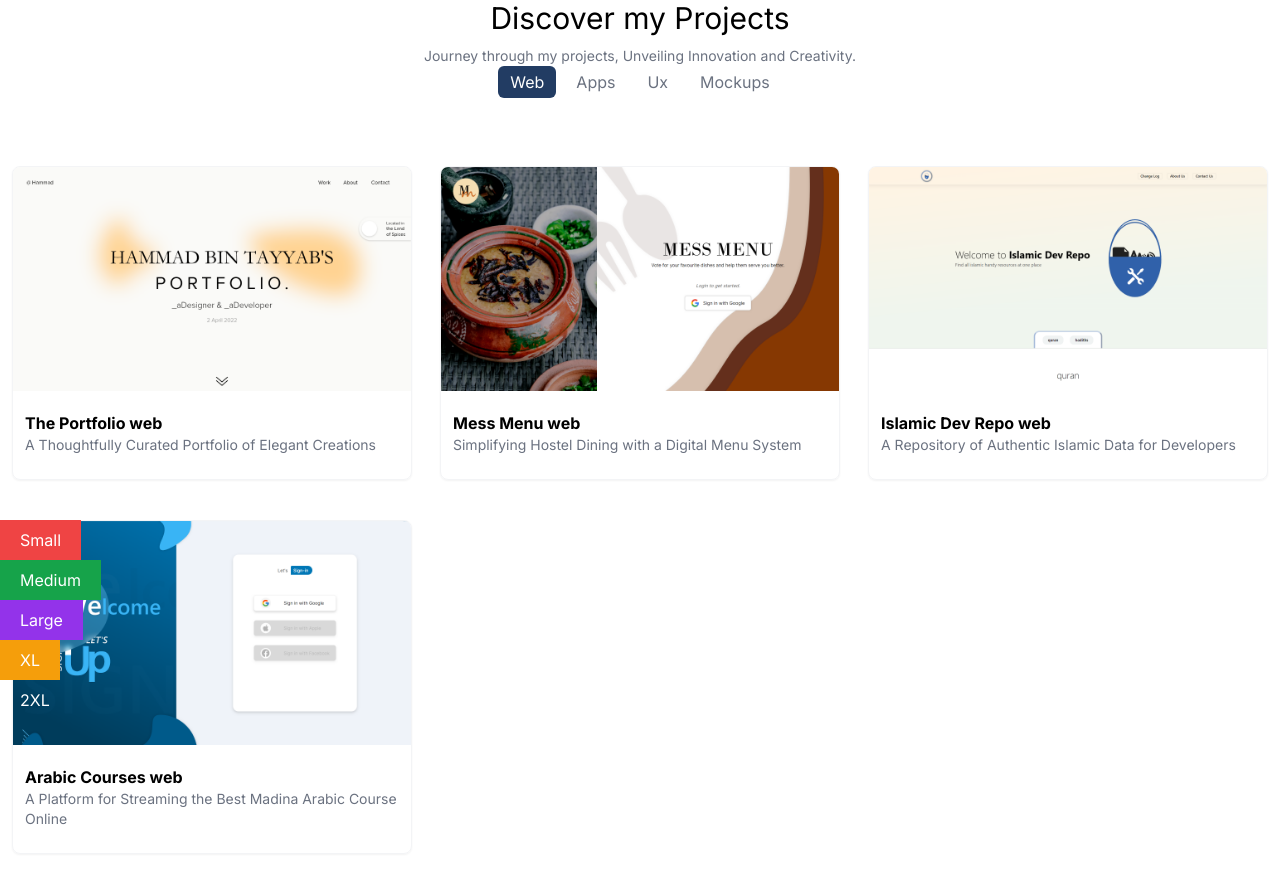
Repository: SpicierEwe/my_portfolio_v2
Page: /
An editor plug-in stored every save of this project. The page is shown before and after the next save, followed by the edit.
The browser window is 1280 px wide. The pictures show the whole page.
The project was rebuilt for these pictures with package versions that can differ from the ones it lists, and the page was loaded fresh each time. The framework's server and built-in components were replaced by stand-ins that run in the browser. Also part of the build but not shown: next.config.js, core/utils/customIcons.js, core/utils/utils.tsx, core/db/sub_db_data/ux_db.js.

Above is the page before, as saved 2024-04-22 12:01:31.

After the next save:
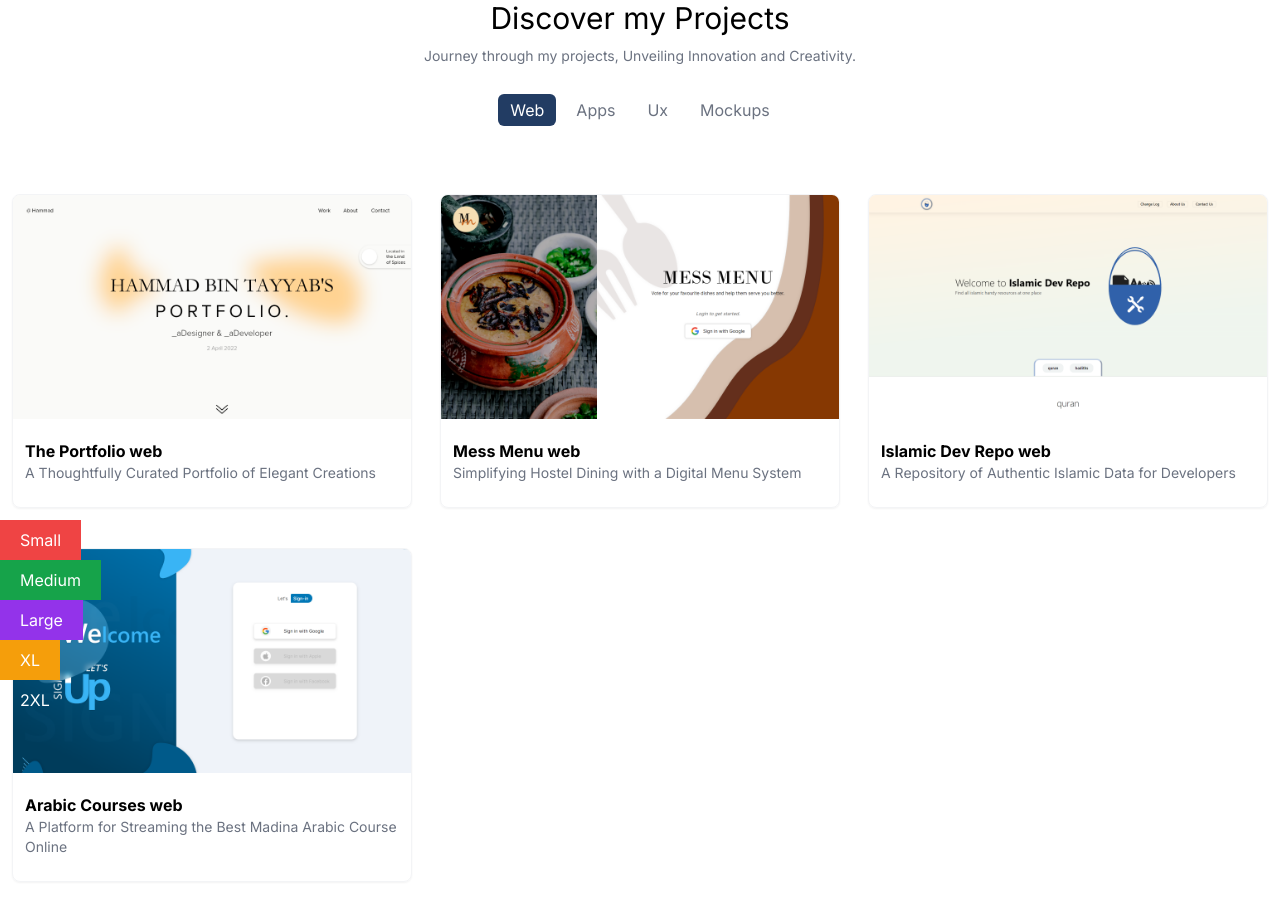
Saved 12 s later.
--- a/Components/Work_section/work_section.tsx
+++ b/Components/Work_section/work_section.tsx
@@ -21,7 +21,7 @@ export default function WorkSection() {
       </header>
       {/* nav */}
       <nav>
-        <ul className="flex justify-center mt-6 gap-2 flex-wrap">
+        <ul className="flex justify-center mt-7 gap-2 flex-wrap">
           {navItems.map((item, index) => {
             const isSelected: Boolean = selectedNavItemIndex == index;
             return (
